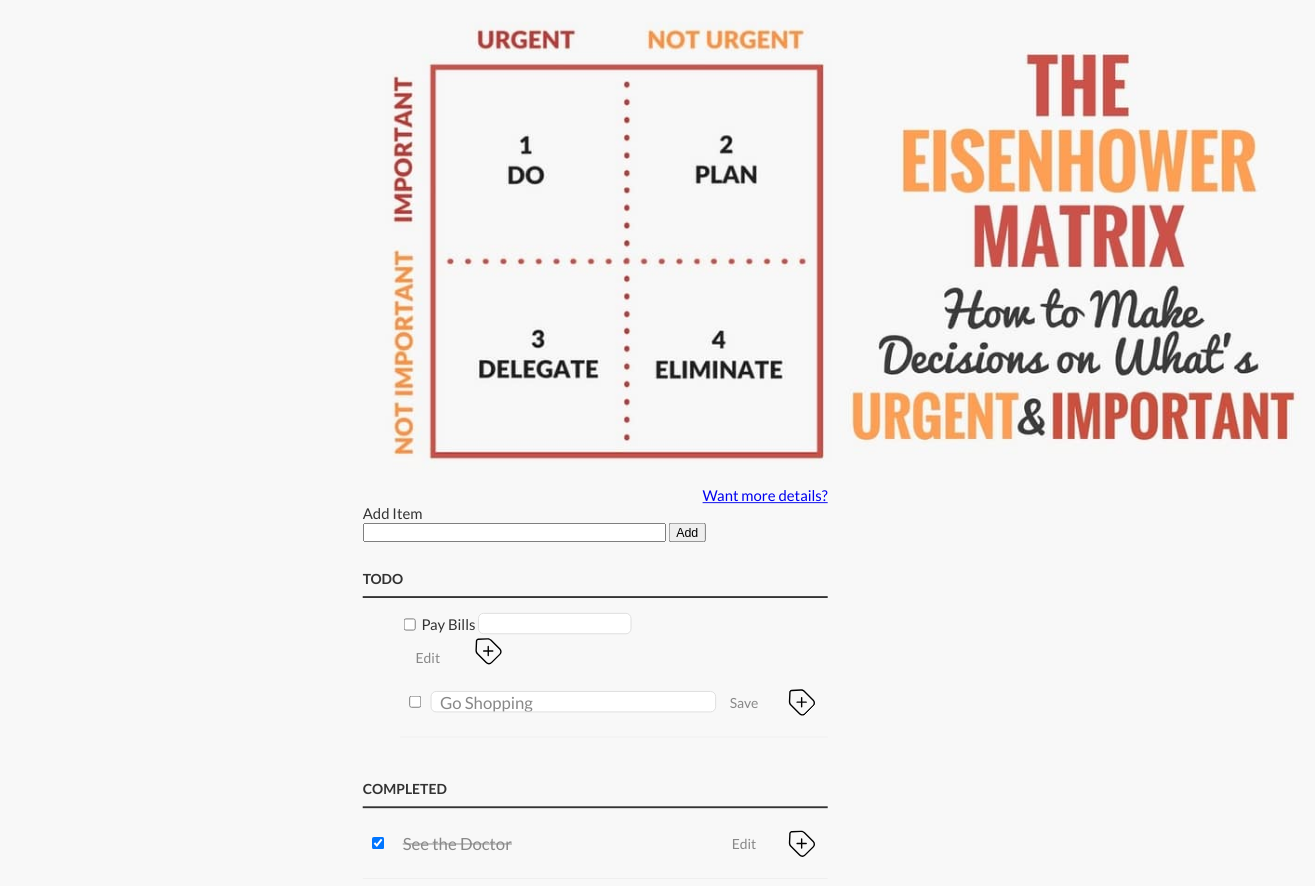
Repository: dev1siWoo/clean-code-s1e1
Page: index.html
The author's editor kept a copy of each file at every save. The page is drawn from the files as they stood at one save, then again after a run of saves.
The browser window is 1280 px wide. The page is 1414 px wide, so the pictures cover 1414 px, including what lies to the right of the window. The pictures show the whole page, at 93% of full size.

Above is the page before, as saved 2024-01-08 23:15:35.
Console error: TypeError: Cannot set properties of null (setting 'onclick')

After the next 2 saves:
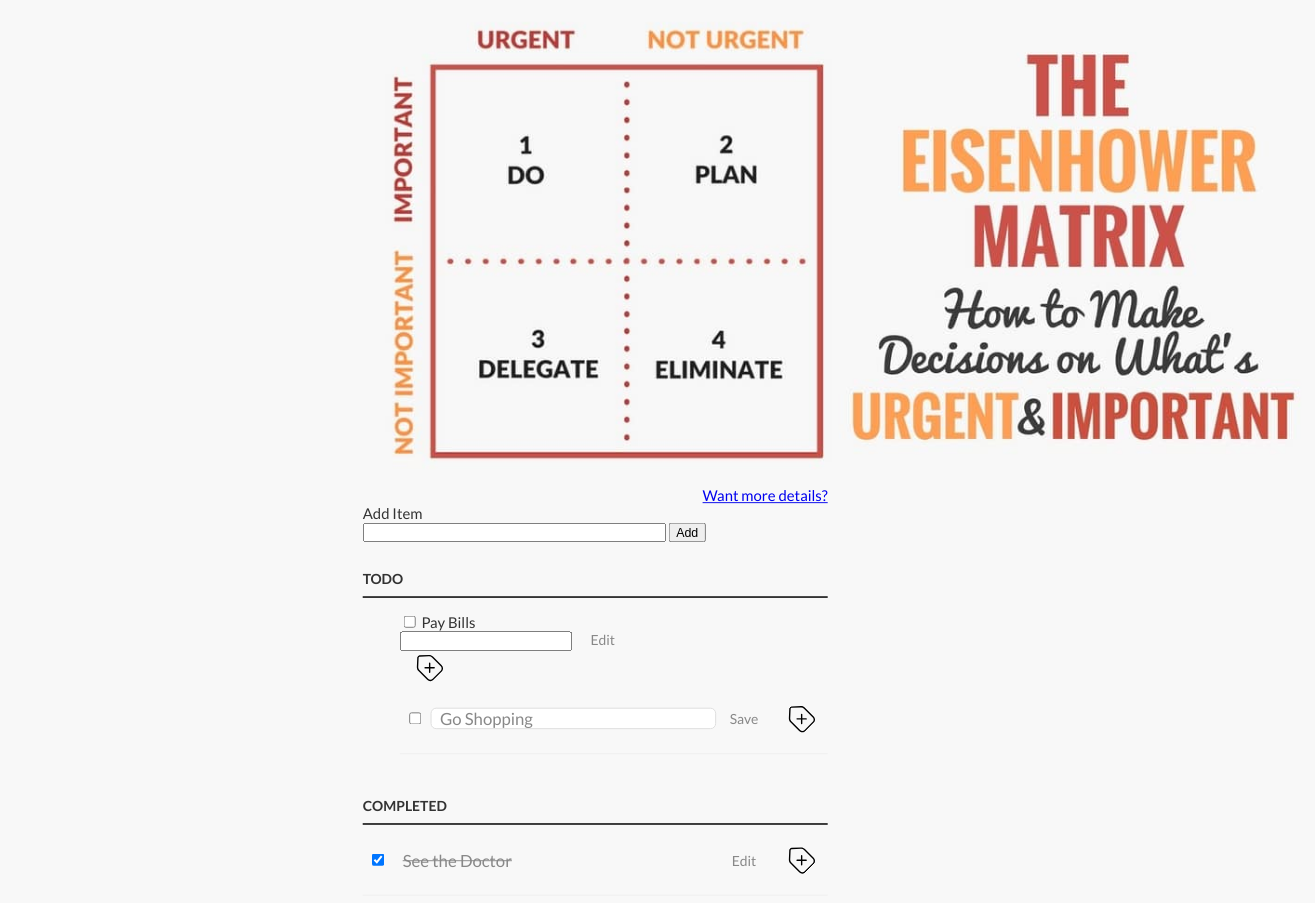
The 2 saves are shown as one change because they came seconds apart.
The last was saved 9 s later.
--- a/index.html
+++ b/index.html
@@ -31,7 +31,7 @@
                 <li class="task">
                     <input class="task_mark" type="checkbox">
                     <label class="task_title">Pay Bills</label>
-                    <input type="text" class="input task">
+                    <input type="text" class="task_input task_input_edit">
                     <button class="button edit">Edit</button>
                     <button class="button delete">
                         <img class="delete-img" src="./remove.svg" alt="delete button">
